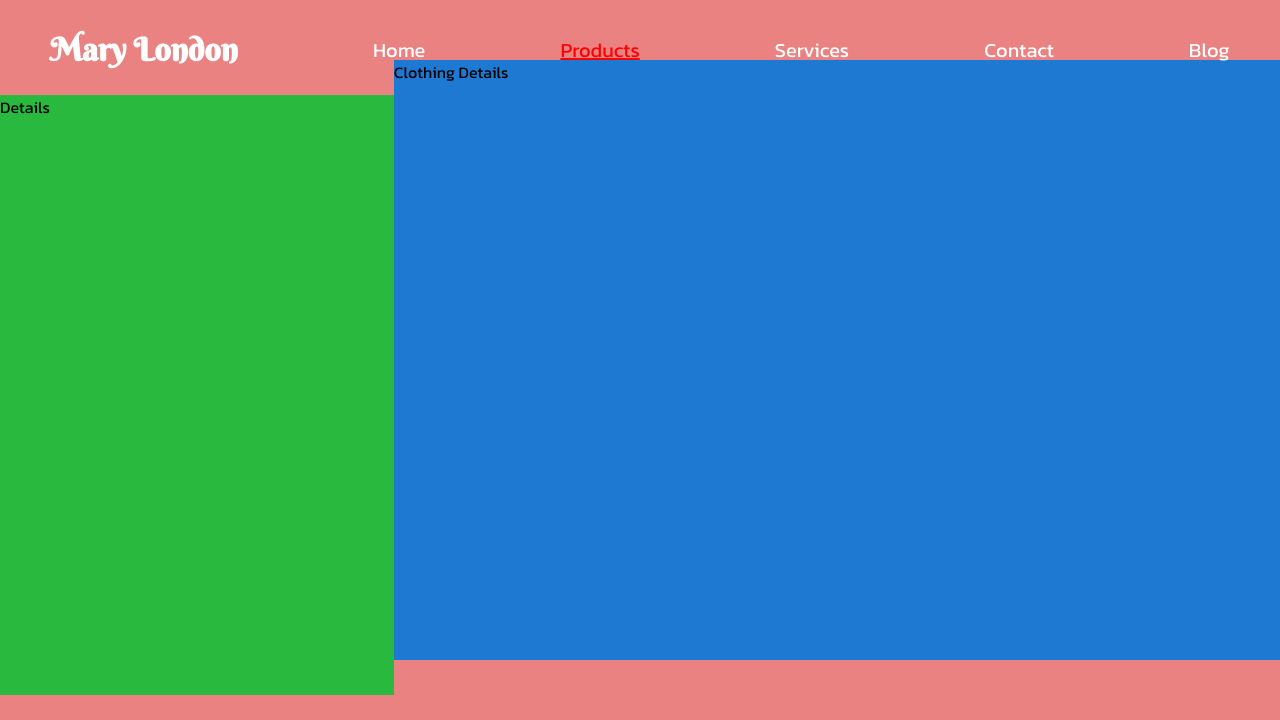
Repository: Habeebur1493/test2
Page: /products/clothing
These files come from the project's save history. The page is drawn as it stood at one moment and after the next save; the edit follows.
The browser window is 1280 px wide. The pictures show the whole page.
The project was rebuilt for these pictures with package versions that can differ from the ones it lists, and the page was loaded fresh each time. Also part of the build but not shown: vite.config.js, src/Frontend/Loader/loaderstyle.css, src/Frontend/Firstpage/Home.jsx, src/Frontend/Firstpage/Products.jsx, src/Frontend/Firstpage/Services.jsx, src/Frontend/Firstpage/Contact.jsx, src/Frontend/Firstpage/Blog.jsx.

Above is the page before, as saved 2024-12-28 20:57:40.

### index.html
<!doctype html>
<html lang="en">
  <head>
    <meta charset="UTF-8" />
    <meta name="viewport" content="width=device-width, initial-scale=1.0" />
    <link rel="stylesheet" href="https://fonts.googleapis.com/css2?family=Archivo:ital,wght@0,100..900;1,100..900&display=swap">
    <link href='https://unpkg.com/boxicons@2.1.4/css/boxicons.min.css' rel='stylesheet'>
    <title>MaryLondon</title>
  </head>
  <body>


    <div id="root"></div>
    <script type="module" src="/src/main.jsx"></script>
  </body>
</html>

### src/main.jsx
import { createRoot } from "react-dom/client";
import "./index.css";
import App from "./App";
import FrontendContext from "./context/FrontendContext";
import { BrowserRouter } from "react-router-dom";

createRoot(document.getElementById("root")).render(
  <FrontendContext>
    <BrowserRouter>
      <App />
    </BrowserRouter>
  </FrontendContext>
);

### src/App.jsx
import React from "react";
import { Route, Routes } from "react-router-dom";
import Pageloader from "./Frontend/Loader/PageLoader";
import Page1 from "./Frontend/Firstpage/Page1";
import Home from "./Frontend/Firstpage/Home";
import Products from "./Frontend/Firstpage/Products";
import Services from "./Frontend/Firstpage/Services";
import Contact from "./Frontend/Firstpage/Contact";
import Blog from "./Frontend/Firstpage/Blog";
import Nav from "./Frontend/Firstpage/Nav";
import "./App.css";
import "./Frontend/Firstpage/page1.css";
import "./Frontend/Loader/loaderstyle.css";
import ClothingDetails from "./Frontend/Firstpage/ClothingDetails";

const App = () => {
  const banners = [
    "https://s7ap1.scene7.com/is/image/adityabirlafashion/AS_D_HB_285_11_24_WinterRetreat_V1?resMode=sharp2&wid=1600&hei=642",
    "https://m.media-amazon.com/images/S/aplus-media-library-service-media/a79fdedf-c088-4a27-925a-5948d42135e6.__CR0,0,1464,600_PT0_SX1464_V1___.jpg",
    "https://images.hindustantimes.com/tech/img/2021/10/06/1600x900/IMG-20211005-WA0007_1633522371964_1633522436021.jpg",
    "https://www.sony.co.in/content/dam/sony/contents/regional-FSMC/india/common/homepage/primary-tout/2024/cich-bravia/CICH-Banner_D.jpg",
    "https://www.boat-lifestyle.com/cdn/shop/files/480_Desktop_2_1440x.png?v=1733813003",
    "https://graphicsfamily.com/wp-content/uploads/2020/07/Shoes-Advertising-Banner-Design-Template-1536x864.jpg",
  ];

  return (
    <div>
      <Pageloader />
      <Page1 />
      <Nav />
      <Routes>
        <Route path="/" element={<Home banners={banners} />} />
        <Route path="/products" element={<Products />} />
        <Route path="/products/:category" element={<ClothingDetails />} />
        <Route path="/services" element={<Services />} />
        <Route path="/contact" element={<Contact />} />
        <Route path="/blog" element={<Blog />} />
      </Routes>
    </div>
  );
};

export default App;

### src/context/FrontendContext.jsx
import { createContext, useState } from "react";




export const datacontext = createContext(null);

const FrontendContext = (props) => {
  const [data, setData] = useState("");

return (
  <datacontext.Provider value={[data, setData]}>
    {props.children}
  </datacontext.Provider>
);
};

export default FrontendContext;

### src/Frontend/Loader/PageLoader.jsx
import React, { useState, useEffect } from "react";
import { gsap } from "gsap";
import "./loaderstyle.css";





const App = () => {
  const [showScreen, setShowScreen] = useState(true);

  // Helper function to split text into individual letters
  const splitText = (text) =>
    text.split("").map((char, index) => (
      <span key={index} className="letter">
        {char}
      </span>
    ));

  // Part 1: Animation for spinning letters
  useEffect(() => {
    const letters = document.querySelectorAll(".letter");

    const animation = gsap.fromTo(
      letters,
      { rotationY: 0 },
      {
        rotationY: 360,
        duration: 1,
        repeat: -1,
        ease: "power1.inOut",
        stagger: 0.1,
      }
    );

    return () => {
      animation.kill();
    };
  }, []);

  // Part 2: Screen timeout
  useEffect(() => {
    const timer = setTimeout(() => {
      setShowScreen(false);
    }, 3000);

    return () => clearTimeout(timer);
  }, []);

  return (
    <div>
      {showScreen ? (
        <div className="screen">
          <div className="text-container">
            <div className="text">{splitText("Mary")}</div>
            <div className="loader"></div>
            <div className="text">{splitText("London")}</div>
          </div>
        </div>
      ) : (
        <div>

        </div>
      )}
    </div>
  );
};

export default App;

### src/Frontend/Firstpage/Page1.jsx
import React from "react";
import "./page1.css";


const Page1 = () => {
  return (
    <div className="page1">

    </div>
  );
};

export default Page1;

### src/Frontend/Firstpage/Nav.jsx
import React, { useEffect } from "react";
import { NavLink } from "react-router-dom";
import gsap from "gsap";
import "./page1.css";

const Nav = () => {
  const activeStyle = {
    textDecoration: "underline",
    color: "red",

};

  useEffect(() => {
    const navLinks = document.querySelectorAll("nav a");


    // Animate the navigation links
    gsap.from(navLinks, {
      opacity: 0,
      x: -50,
      duration: 1,
      delay: 4,
      stagger: 0.2, // Adds a delay between each link
    });
  }, []);

  return (
    <nav>
      <h1>Mary London</h1>

      <NavLink to="/" style={({ isActive }) => (isActive ? activeStyle : null)}>
        Home
      </NavLink>
      <NavLink to="/products" style={({ isActive }) => (isActive ? activeStyle : null)}>
        Products
      </NavLink>
      <NavLink to="/services" style={({ isActive }) => (isActive ? activeStyle : null)}>
        Services
      </NavLink>
      <NavLink to="/contact" style={({ isActive }) => (isActive ? activeStyle : null)}>
        Contact
      </NavLink>
      <NavLink to="/blog" style={({ isActive }) => (isActive ? activeStyle : null)}>
        Blog
      </NavLink>
    </nav>
  );
};

export default Nav;

### src/App.css
@import url('https://fonts.googleapis.com/css2?family=Berkshire+Swash&display=swap');



body{
    background-color: #cc9b9b;
}

nav{
    display: flex;
    justify-content: space-between;
    align-items: center;
    padding: 0px 50px;
    background-color: #b9abf700;
    color: #fff;


}
nav ul{
    display: flex;
    list-style: none;
    gap: 10px;
    font-size: 20px;
    padding: 20px;
    font-weight: 600;


}
nav ul li a{
    cursor: pointer;
    text-decoration: none;
    color: #fff;

}


.page1{
    height: 100%;
    width: 100%;

}

.logo{
    display: flex;
    align-items: center;
    margin-top: 20px;
}
.logo img{
    width: 120px;
    height: 120px;
    padding-bottom: 15px;
}

.logo h1{
    font-size: 32px;
    color: black;
    font-weight: 900;
    font-family: Berkshire Swash;
    border-bottom: 5px solid black;
    display: inline-block;
    width: 160px;
    text-align: center;

}

### src/Frontend/Firstpage/page1.css
@import url('https://fonts.googleapis.com/css2?family=Berkshire+Swash&display=swap');
@import url('https://fonts.googleapis.com/css2?family=Kanit:ital,wght@0,100;0,200;0,300;0,400;0,500;0,600;0,700;0,800;0,900;1,100;1,200;1,300;1,400;1,500;1,600;1,700;1,800;1,900&display=swap');



body{
  font-family: "Kanit", serif;
  background-image: linear-gradient(to right, #2980b9,#2c3e50);
}


nav{
    display: flex;
    justify-content: space-evenly;
    align-items: center;
    gap: 10px;
    height: 100px;
    width: 100%;
    font-family: "Kanit", serif;
    position: fixed;
    z-index: 1;
    font-size: 20px;
    color: #fff;
}


.page1{
    height: 100%;
    width: 100%;

}
nav h1{
    font-size: 32px;
    color: #fff;
    font-weight: 900;
    font-family: Berkshire Swash;
    text-align: center;
}

.slider-container {
    position: relative;
    width: 80%;
    height: 600px;
    overflow: hidden;
    margin: 0 auto;
    padding-top: 150px;
}

  .slider-wrapper {
    width: 100%;
    height: 100%;
  }

  .slider-content {
    display: flex;
    transition: transform 0.5s ease-in-out;
    height: 100%;
  }

  .slide {
    width: 100%;
    height: 100%;
    flex-shrink: 0;
  }

  .prev-button,
  .next-button {
    position: absolute;
    top: 60%;
    transform: translateY(-50%);
    background: rgba(238, 236, 236, 0.5);
    color: white;
    border: none;
    padding: 10px 15px;
    cursor: pointer;
    z-index: 1000;
    border-radius: 50%;
}

  .prev-button {
    left: 10px;
  }

  .next-button {
    right: 10px;
  }

  .dots {
    position: absolute;
    bottom: 15px;
    left: 50%;
    transform: translateX(-50%);
    display: flex;
    gap: 5px;
  }

  .dot {
    width: 10px;
    height: 10px;
    background: white;
    border-radius: 50%;
    cursor: pointer;
  }

  .dot.active {
    background: black;
  }


  .container{
    grid-template-rows: 2fr 1fr 1fr;
    grid-template-columns: 1fr 1fr 1fr;
    display: grid;
    justify-items: center;
    align-items: center;
    height: 100vh;
    width: 100%;
    z-index: 1;
    padding-top: 90px;
    padding-left: 50px;

  }

  .container .box1{
    background-color: blue;
    height: 200px;
    width: 400px;
    box-shadow: 0 0 10px rgba(0, 0, 0, 0.2);
    transition: transform 0.3s ease-in-out;
    cursor: pointer;
  }
  .container .box2{
    background-color: blue;
    height: 200px;
    width: 400px;
    box-shadow: 0 0 10px rgba(0, 0, 0, 0.2);
    transition: transform 0.3s ease-in-out;
    cursor: pointer;
  }
  .container .box3{
    background-color: blue;
    height: 200px;
    width: 400px;
    box-shadow: 0 0 10px rgba(0, 0, 0, 0.2);
    transition: transform 0.3s ease-in-out;
    cursor: pointer;
  }
 .container .box4{
    background-color: blue;
    height: 200px;
    width: 400px;
    box-shadow: 0 0 10px rgba(0, 0, 0, 0.2);
    transition: transform 0.3s ease-in-out;
    cursor: pointer;
  }
  .container .box5{
    background-color: blue;
    height: 200px;
    width: 400px;
    box-shadow: 0 0 10px rgba(0, 0, 0, 0.2);
    transition: transform 0.3s ease-in-out;
    cursor: pointer;
  }
  .container .box6{
    background-color: blue;
    height: 200px;
    width: 400px;
    box-shadow: 0 0 10px rgba(0, 0, 0, 0.2);
    transition: transform 0.3s ease-in-out;
    cursor: pointer;


}

  .container .box1:hover{
    transform: scale(1.1);
  }
  .container .box2:hover{
    transform: scale(1.1);
  }
  .container .box3:hover{
    transform: scale(1.1);
  }
  .container .box4:hover{
    transform: scale(1.1);
  }
  .container .box5:hover{
    transform: scale(1.1);
  }
  .container .box6:hover{
    transform: scale(1.1);
  }


  .container h1{
    text-align: center;
    color: #fff;
    font-family: 'Gill Sans', 'Gill Sans MT', Calibri, 'Trebuchet MS', sans-serif;
    font-size: 30px;
  }


  .ClothingDetails{
    height: 100vh;
    width: 100%;
    background-color: #eb8282;
  }


  .container1{
  display: flex;
  justify-content: center;
  align-items: center;
  height: 100vh;
  width: 100%;
}

  .column1{
    height: 600px;
    width: 400px;
    background-color: #29b93f;
    margin-top: 70px;
  }

  .column2{
    height: 600px;
    width: 900px;
    background-color: #1e79d3;
  }

### src/Frontend/Firstpage/ClothingDetails.jsx
import React from "react";
import "./page1.css";
import { useNavigate, useParams, useLocation } from "react-router-dom";

const ClothingDetails = () => {
  const params = useParams();
  const loacation = useLocation();

  console.log(loacation);

  return (
    <div className="ClothingDetails">
      <div className="container1">

        <div className="column1">
        <h1>Details</h1>
        </div>

        <div className="column2">
          <h1>Clothing Details</h1>
        </div>

      </div>
    </div>
  );
};

export default ClothingDetails;

Loaded but not shown: src/index.css (common file); tailwind.config.js (common file)

After the next save:
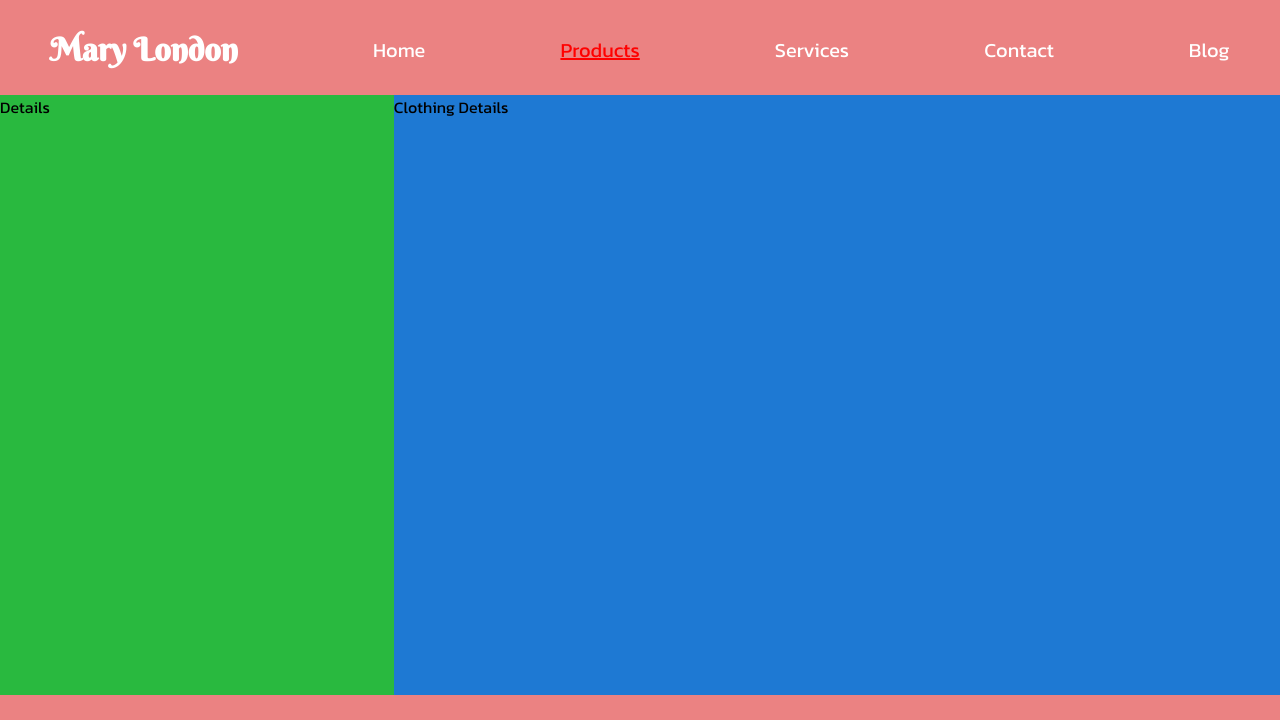
Saved 11 s later.
--- a/src/Frontend/Firstpage/page1.css
+++ b/src/Frontend/Firstpage/page1.css
@@ -226,4 +226,5 @@ nav h1{
     height: 600px;
     width: 900px;
     background-color: #1e79d3;
-  }
+    margin-top: 70px;
+  }
